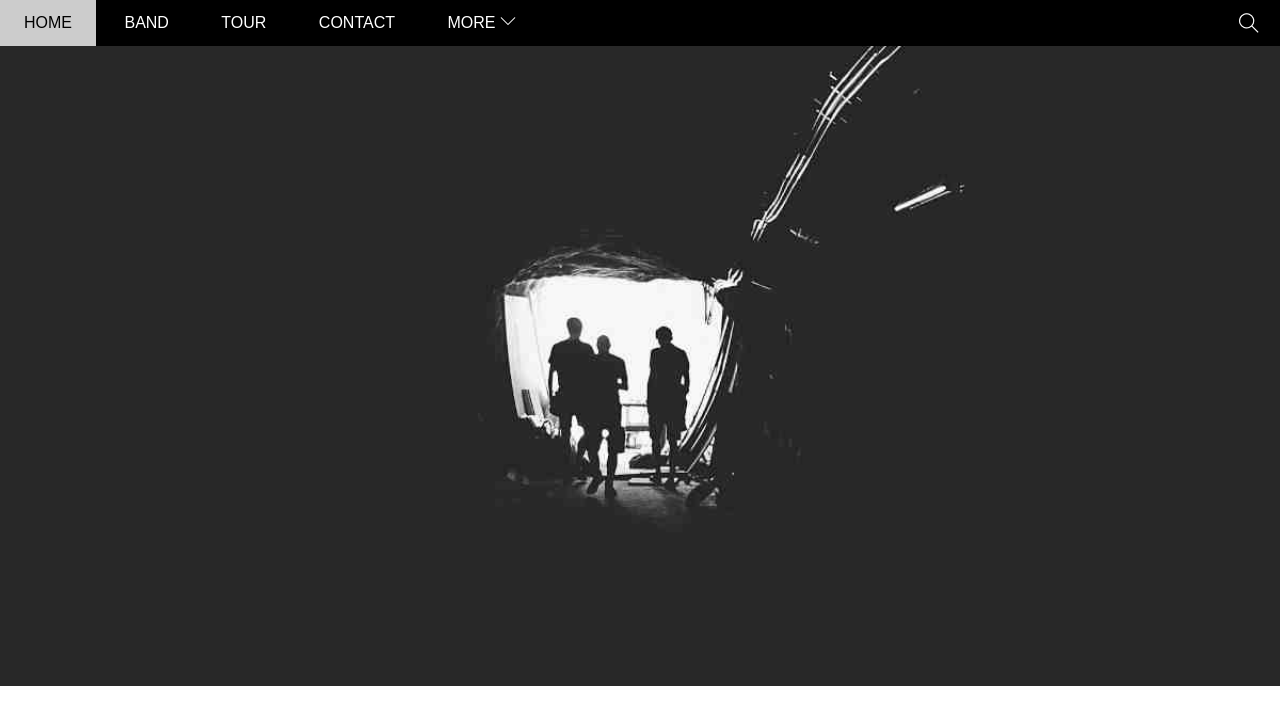
Repository: minhnguyennn/w3_band_music
Page: index.html
An editor plug-in stored every save of this project. The page is shown before and after a run of saves, followed by the edit.
The browser window is 1280 px wide. The pictures show the whole page.

Above is the page before, as saved 2023-02-18 20:17:08.

After the next 2 saves:
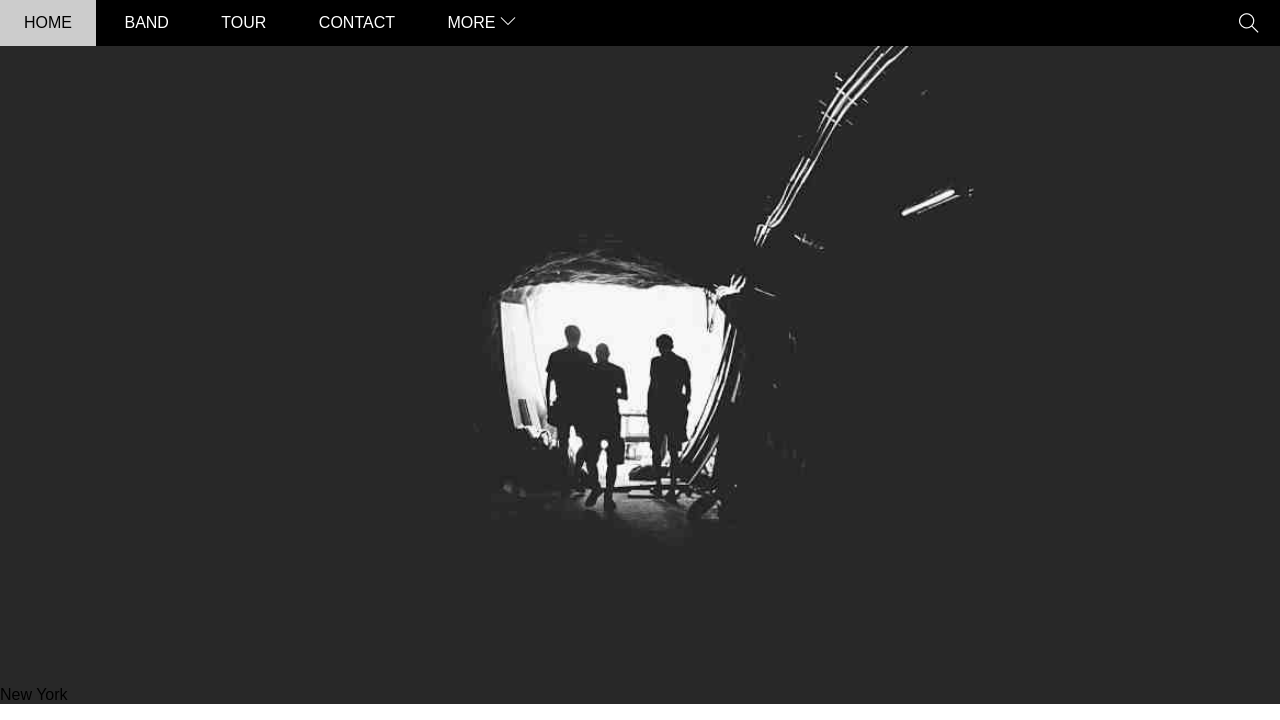
The 2 saves are shown as one change because they came seconds apart.
The last was saved 8 s later.
--- a/index.html
+++ b/index.html
@@ -41,7 +41,7 @@
 
         <div id="slider">
             <div class="text-content">
-                <div class="text-heading"></div>
+                <div class="text-heading">New York</div>
             </div>
         </div>
 
